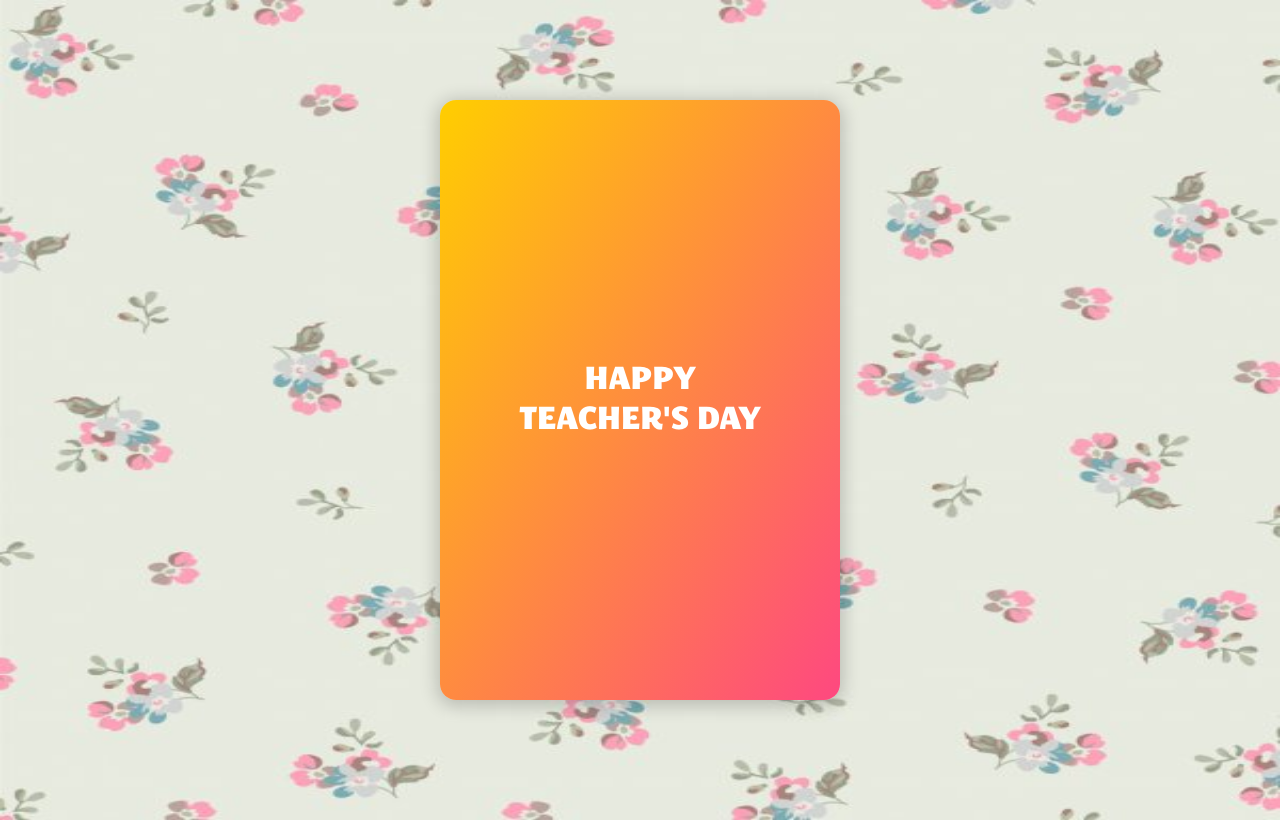
Repository: maixuanhieu/giftcard
Page: index.html
An editor plug-in stored every save of this project. The page is shown before and after a run of saves, followed by the edit.
The browser window is 1280 px wide. The pictures show the whole page.
The style sheet was rebuilt from its Sass, Less or Tailwind sources for each picture, by a compiler version that may differ from the author's.

Above is the page before, as saved 2021-11-17 21:33:10.

After the next 5 saves:
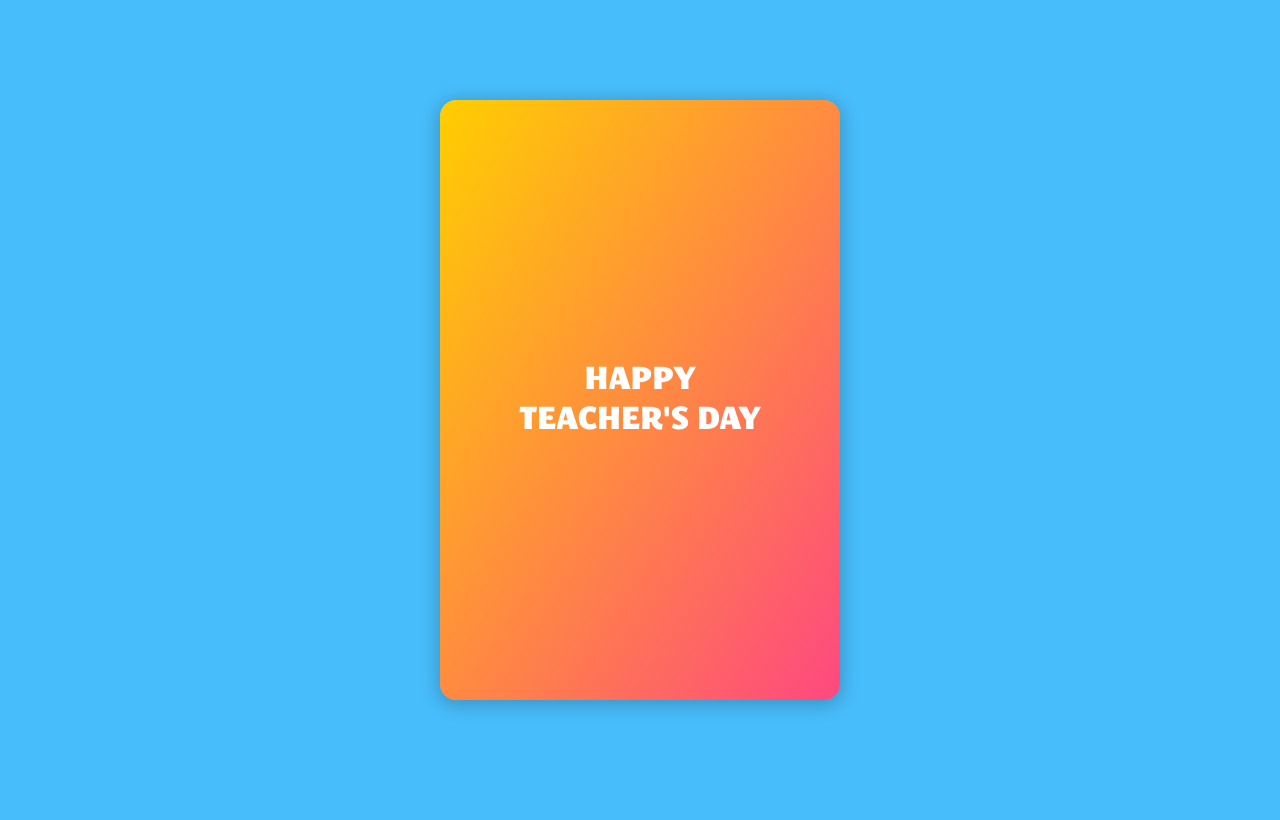
The 5 saves are shown as one change because 1 did not build or start and some came seconds apart.
The last was saved 8 min 5 s later.
--- a/style.scss
+++ b/style.scss
@@ -14,10 +14,7 @@ body{
     font-family: montserrat, sans-serif;
     width: 100%;
     min-height: 100vh;
-    background: url("/background.jpg") no-repeat;
-    background-size: 100% 100%;
-    width: 100%;
-    height: 100%;
+    background-color: #48BDFB;
 }
 
 .card{
